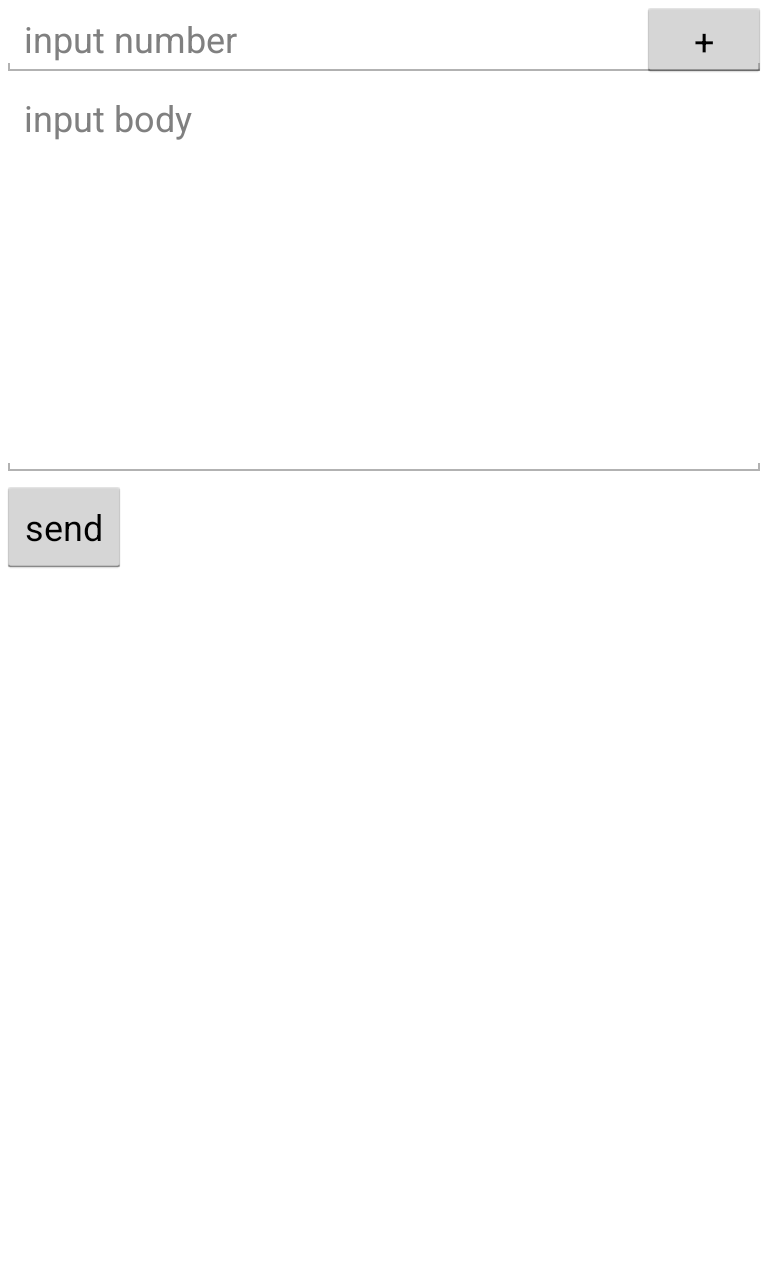
Repository: whoami-I/android
Layout: Activity/SendMessage/res/layout/activity_main.xml
These files come from the project's save history. The layout is drawn as it stood at one moment and after the next save; the edit follows.
It is drawn on a 768 x 1280 px phone screen (xhdpi) without system bars, with theme AppTheme; the app's code is not run.

Above is the layout before, as saved 2018-11-02 06:47:18.

After the next save:
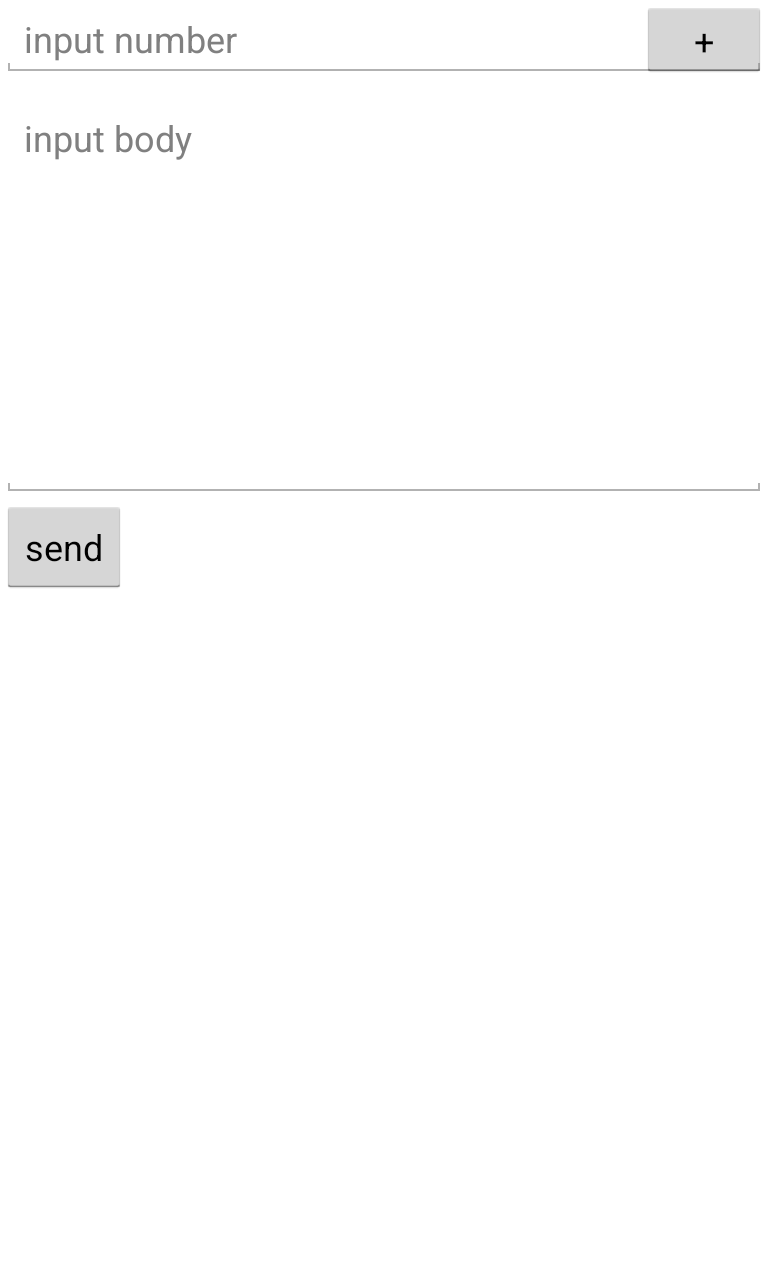
Saved 24 s later.
--- a/Activity/SendMessage/res/layout/activity_main.xml
+++ b/Activity/SendMessage/res/layout/activity_main.xml
@@ -27,6 +27,7 @@
         android:id="@+id/et_smsBody"
         android:layout_width="match_parent"
         android:layout_height="200dp"
+        android:layout_marginTop="10dp"
         android:gravity="top"
         android:hint="input body" />
 
